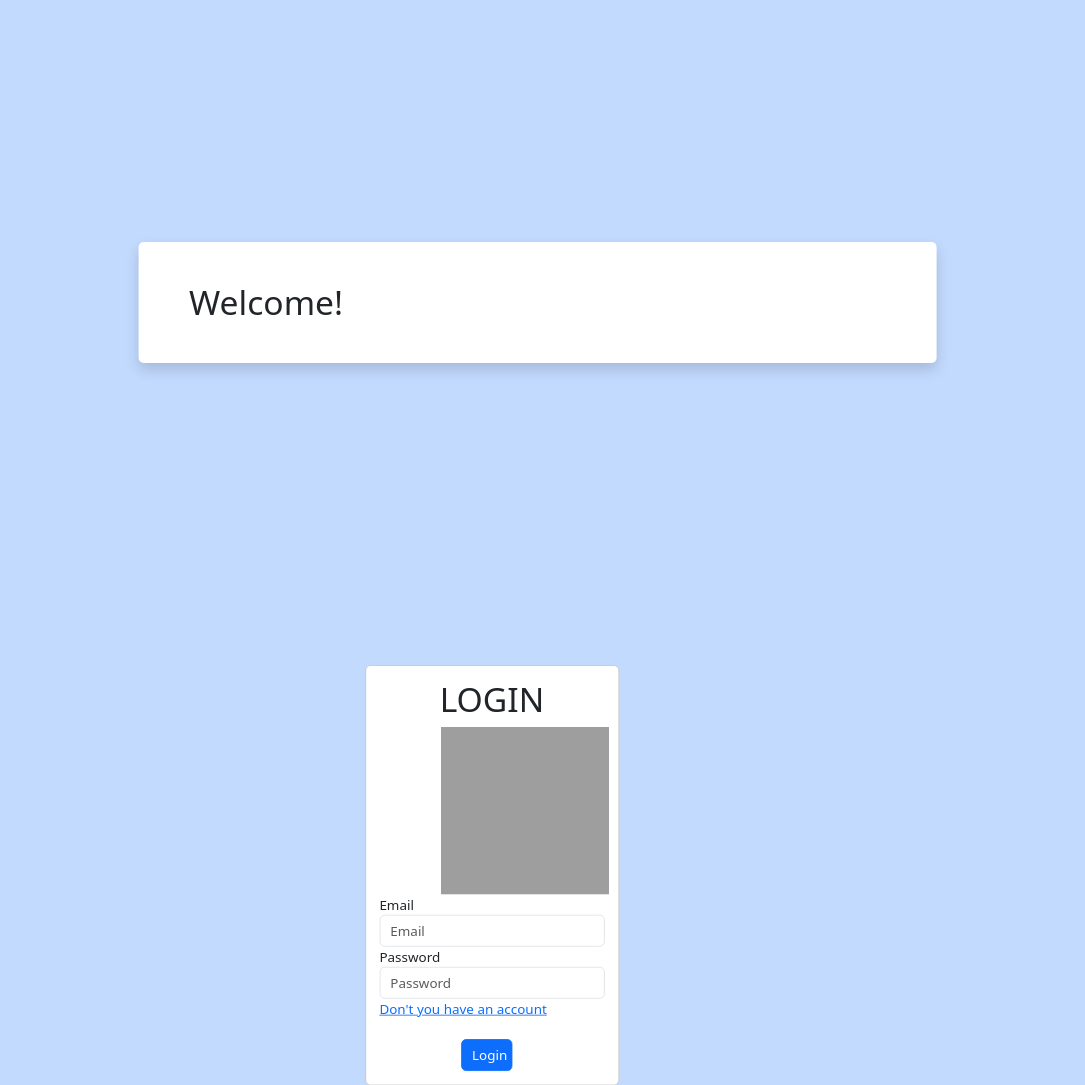
Repository: IT21221064/JobPortal
Page: http://localhost/JobApp/login.jsp
An editor plug-in stored every save of this project. The page is shown before and after the next save, followed by the edit.
The browser window is 1280 px wide. The page is 1292 px wide, so the pictures cover 1292 px, including what lies to the right of the window. The pictures show the whole page, at 84% of full size.
Pictures or frames that could not be fetched are drawn as grey boxes. The page is served by Tomcat 9.

Above is the page before, as saved 2023-07-15 21:43:37.

After the next save:
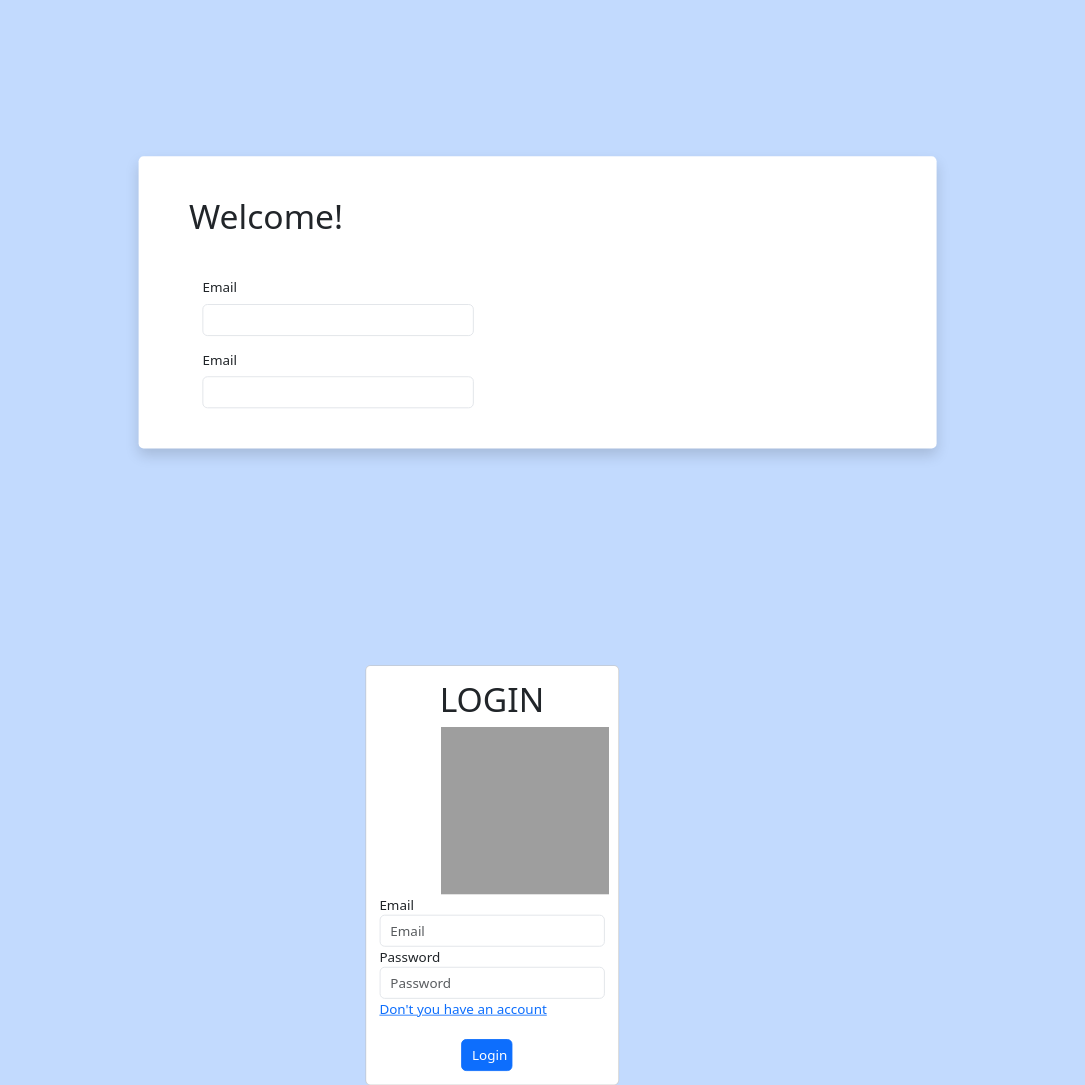
Saved 7 min 43 s later.
--- a/Project/JobApp/src/main/webapp/login.jsp
+++ b/Project/JobApp/src/main/webapp/login.jsp
@@ -19,6 +19,19 @@
 							<div class="m-5">
 								<h1>Welcome!</h1>
 							</div>
+
+							<form class="m-5">
+								<div class="m-3">
+									<label class="form-label" for="email">Email</label>
+									<input class="form-control col-md-12" type="text" id="email" />
+								</div>
+
+								<div class="m-3">
+									<label class="form-label" for="pw">Email</label>
+									<input class="form-control col-md-12" type="password" id="pw" />
+								</div>
+
+							</form>
 						</div>
 					</div>
 				</div>
@@ -46,8 +59,7 @@
             </div>
             <form method="post" action="LoginServlet">
               <div class="form-group">
-                <label>Email</label
-                ><input class="form-control col-md-12" placeholder="Email" name="email" />
+                <label>Email</label><input class="form-control col-md-12" placeholder="Email" name="email" />
               </div>
               <div class="form-group">
                 <label>Password</label
